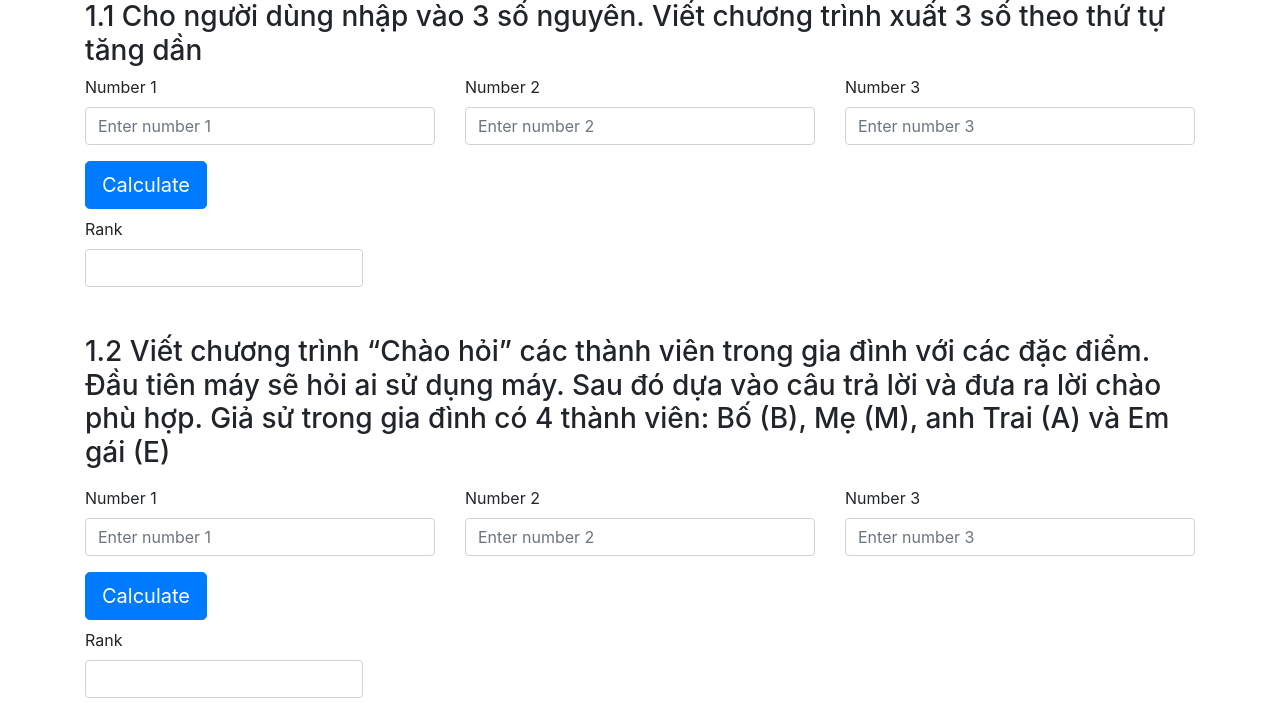
Repository: baobaodeveloper/bootscamp21__jsbasic__HuynhAnhBao
Page: index.html
An editor plug-in stored every save of this project. The page is shown before and after the next save, followed by the edit.
The browser window is 1280 px wide. The pictures show the whole page.

Above is the page before, as saved 2022-03-09 23:50:41.

### index.html
<!DOCTYPE html>
<html lang="en">
  <head>
    <title>javaScript basic</title>
    <!-- Required meta tags -->
    <meta charset="utf-8" />
    <meta
      name="viewport"
      content="width=device-width, initial-scale=1, shrink-to-fit=no"
    />

    <!-- Bootstrap CSS -->
    <link
      rel="stylesheet"
      href="https://stackpath.bootstrapcdn.com/bootstrap/4.3.1/css/bootstrap.min.css"
      integrity="sha384-ggOyR0iXCbMQv3Xipma34MD+dH/1fQ784/j6cY/iJTQUOhcWr7x9JvoRxT2MZw1T"
      crossorigin="anonymous"
    />
  </head>
  <body>
    <!-- Cho người dùng nhập vào 3 số nguyên. Viết chương trình xuất 3 số theo thứ tự tăng dần -->
    <div class="container mb-xl-5">
      <h3>
        1.1 Cho người dùng nhập vào 3 số nguyên. Viết chương trình xuất 3 số
        theo thứ tự tăng dần
      </h3>

      <div class="row">
        <div class="col">
          <label class="form-label">Number 1</label>
          <input
            type="text"
            class="form-control num1"
            placeholder="Enter number 1"
          />
        </div>
        <div class="col">
          <label class="form-label">Number 2</label>
          <input
            type="number"
            class="form-control num2"
            placeholder="Enter number 2"
          />
        </div>
        <div class="col">
          <label class="form-label">Number 3</label>
          <input
            type="number"
            class="form-control num3"
            placeholder="Enter number 3"
          />
        </div>
      </div>

      <button type="button " class="btn btn-primary btn-lg mt-3 mb-2 btn-rank">
        Calculate
      </button>

      <div class="mt-3 m-auto">
        <label class="form-label">Rank</label>
        <input type="text" class="form-control w-25 result1" />
      </div>
    </div>

    <!-- Viết chương trình “Chào hỏi” các thành viên trong gia đình với các đặc điểm. Đầu tiên máy
    sẽ hỏi ai sử dụng máy. Sau đó dựa vào câu trả lời và đưa ra lời chào phù hợp. Giả sử trong
    gia đình có 4 thành viên: Bố (B), Mẹ (M), anh Trai (A) và Em gái (E) -->
    <div class="container">
      <h3 class="mb-3">
        1.2 Viết chương trình “Chào hỏi” các thành viên trong gia đình với các
        đặc điểm. Đầu tiên máy sẽ hỏi ai sử dụng máy. Sau đó dựa vào câu trả lời
        và đưa ra lời chào phù hợp. Giả sử trong gia đình có 4 thành viên: Bố
        (B), Mẹ (M), anh Trai (A) và Em gái (E)
      </h3>

      <div class="row">
        <div class="col">
          <label class="form-label">Number 1</label>
          <input
            type="text"
            class="form-control num1"
            placeholder="Enter number 1"
          />
        </div>
        <div class="col">
          <label class="form-label">Number 2</label>
          <input
            type="number"
            class="form-control num2"
            placeholder="Enter number 2"
          />
        </div>
        <div class="col">
          <label class="form-label">Number 3</label>
          <input
            type="number"
            class="form-control num3"
            placeholder="Enter number 3"
          />
        </div>
      </div>

      <button type="button " class="btn btn-primary btn-lg mt-3 mb-2 btn-rank">
        Calculate
      </button>

      <div class="mt-3 m-auto">
        <label class="form-label">Rank</label>
        <input type="text" class="form-control w-25 result1" />
      </div>
    </div>
    <!-- Optional JavaScript -->
    <!-- jQuery first, then Popper.js, then Bootstrap JS -->
    <script
      src="https://code.jquery.com/jquery-3.3.1.slim.min.js"
      integrity="sha384-q8i/X+965DzO0rT7abK41JStQIAqVgRVzpbzo5smXKp4YfRvH+8abtTE1Pi6jizo"
      crossorigin="anonymous"
    ></script>
    <script
      src="https://cdnjs.cloudflare.com/ajax/libs/popper.js/1.14.7/umd/popper.min.js"
      integrity="sha384-UO2eT0CpHqdSJQ6hJty5KVphtPhzWj9WO1clHTMGa3JDZwrnQq4sF86dIHNDz0W1"
      crossorigin="anonymous"
    ></script>
    <script
      src="https://stackpath.bootstrapcdn.com/bootstrap/4.3.1/js/bootstrap.min.js"
      integrity="sha384-JjSmVgyd0p3pXB1rRibZUAYoIIy6OrQ6VrjIEaFf/nJGzIxFDsf4x0xIM+B07jRM"
      crossorigin="anonymous"
    ></script>

    <script src="exercise1.js"></script>
  </body>
</html>

### exercise1.js
const numValue1 = document.querySelector(".num1");
const numValue2 = document.querySelector(".num2");
const numValue3 = document.querySelector(".num3");
const btnRank = document.querySelector(".btn-rank");
const result1 = document.querySelector(".result1");
btnRank.addEventListener("click", () => {
  const num1 = +numValue1.value;
  const num2 = +numValue2.value;
  const num3 = +numValue3.value;
  let rank = "";
  if (num1 < num2 && num2 < num3) {
    rank = `${num1}  ${num2}  ${num3}`;
  } else if (num1 < num3 && num3 < num2) {
    rank = `${num1}  ${num3}  ${num2}`;
  } else if (num2 < num1 && num1 < num3) {
    rank = `${num2}  ${num1}  ${num3}`;
  } else if (num2 < num3 && num3 < num1) {
    rank = `${num2}  ${num1}  ${num3}`;
  } else if (num3 < num1 && num1 < num2) {
    rank = `${num3}  ${num1}  ${num2}`;
  } else if (num3 < num2 && num2 < num1) {
    rank = `${num3}  ${num2}  ${num1}`;
  } else if (num1 === num2 && num1 < num3) {
    rank = `${num1}  ${num1}  ${num3}`;
  } else if (num1 === num3 && num1 < num2) {
    rank = `${num1}  ${num1}  ${num3}`;
  } else if (num2 === num3 && num3 < num1) {
    rank = `${num2}  ${num2}  ${num3}`;
  }
  result1.value = rank;
});

After the next save:
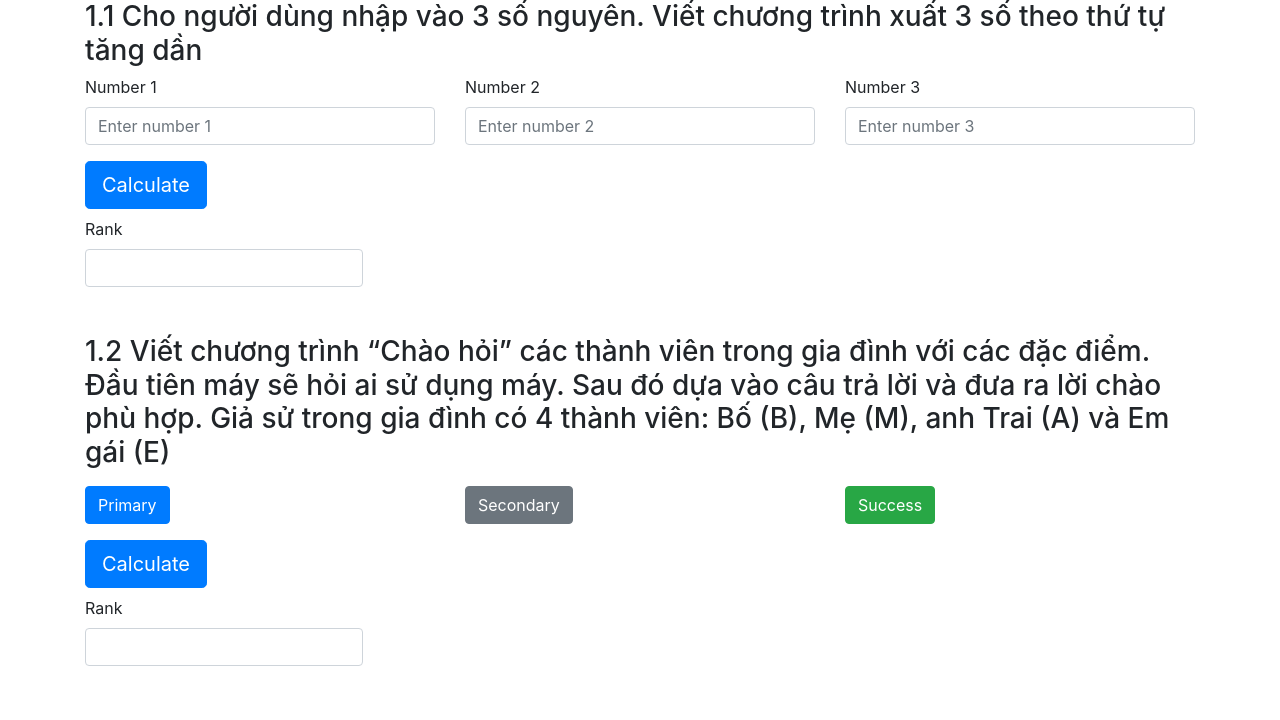
Saved 2 min 36 s later.
--- a/index.html
+++ b/index.html
@@ -75,28 +75,13 @@
 
       <div class="row">
         <div class="col">
-          <label class="form-label">Number 1</label>
-          <input
-            type="text"
-            class="form-control num1"
-            placeholder="Enter number 1"
-          />
+          <button type="button" class="btn btn-primary">Primary</button>
         </div>
         <div class="col">
-          <label class="form-label">Number 2</label>
-          <input
-            type="number"
-            class="form-control num2"
-            placeholder="Enter number 2"
-          />
+          <button type="button" class="btn btn-secondary">Secondary</button>
         </div>
         <div class="col">
-          <label class="form-label">Number 3</label>
-          <input
-            type="number"
-            class="form-control num3"
-            placeholder="Enter number 3"
-          />
+          <button type="button" class="btn btn-success">Success</button>
         </div>
       </div>
 
